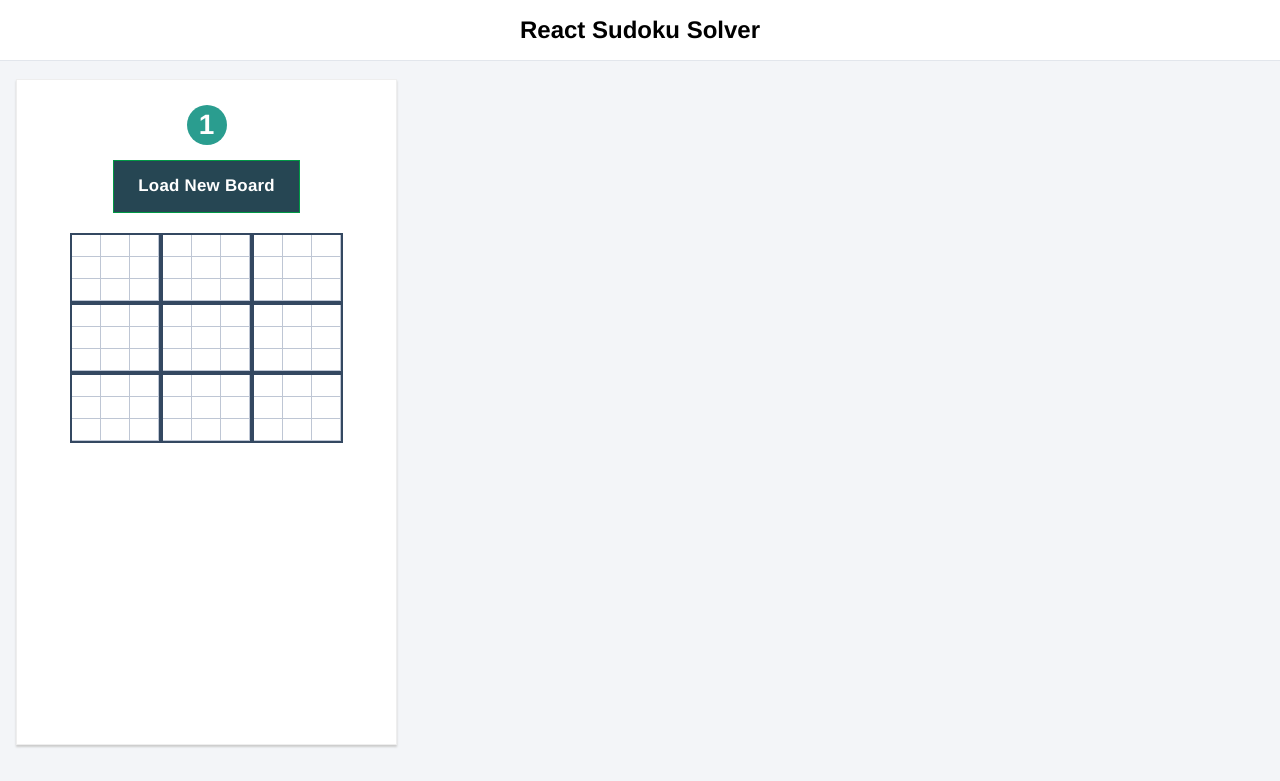
Repository: ShamroOoz/Sudoku-Puzzle
Page: /
The author's editor kept a copy of each file at every save. The page is drawn from the files as they stood at one save, then again after the next save.
The browser window is 1280 px wide. The pictures show the whole page.
The project was rebuilt for these pictures with package versions that can differ from the ones it lists, and the page was loaded fresh each time. Also part of the build but not shown: craco.config.js, src/components/Spinner.js.

Above is the page before, as saved 2021-07-04 15:08:33.

### src/App.js
import React, { useReducer } from "react";
import Header from "./components/Header";
import Circle from "./components/Circle";
import Button from "./components/Button";
import Board from "./components/Board";
import { appReducer, initialState } from "./Reducer";
import "./App.css";

const App = () => {
  const [state, dispatch] = useReducer(appReducer, initialState);

  const { initialBoardState } = state;
  console.log(initialBoardState);
  return (
    <div className="App">
      <Header />
      <div className="App-body App-container">
        <div className="App-game-panel">
          <Circle classes="circle center-me" label="1" />
          <Button
            classes="btn marginTop15"
            // click={() => dispatch({ type: ACTIONS.OPEN })}
            label="Load New Board"
          />

          <Board
            classes="game-board"
            board={initialBoardState}
            name="initial"
          />
        </div>
      </div>
    </div>
  );
};

export default App;

### src/components/Header.js
import React from "react";
import "../App.css";

const Header = () => {
  return (
    <header className="App-header">
      <h1 className="App-title">React Sudoku Solver</h1>
    </header>
  );
};

export default Header;

### src/components/Circle.js
import React from "react";
import "../App.css";

const Circle = ({ classes, label }) => {
  return <div className={classes}>{label}</div>;
};

export default Circle;

### src/components/Button.js
import React, { useState, useEffect, useRef } from "react";
import Spinner from "./Spinner";
import { useSpring, animated } from "react-spring";
import "../App.css";

const Button = (props) => {
  /* showSpinner is used to stay in the "isSpinning state" a bit longer
    to avoid loading flashes if the loading state is too short. */
  const [showSpinner, setShowSpinner] = useState(false);

  useEffect(() => {
    if (props.isSpinning) {
      setShowSpinner(true);
    }

    // Show loader a bits longer to avoid loading flash
    if (!props.isSpinning && showSpinner) {
      const timeout = setTimeout(() => {
        setShowSpinner(false);
      }, 300);

      return () => {
        clearTimeout(timeout);
      };
    }
  }, [props.isSpinning, showSpinner]);

  const [width, setWidth] = useState(0);
  const [height, setHeight] = useState(0);
  const ref = useRef(null);

  useEffect(() => {
    if (ref.current && ref.current.getBoundingClientRect().width) {
      setWidth(ref.current.getBoundingClientRect().width);
    }
    if (ref.current && ref.current.getBoundingClientRect().height) {
      setHeight(ref.current.getBoundingClientRect().height);
    }
  }, [props.classes]);

  const fadeOutProps = useSpring({ opacity: showSpinner ? 1 : 0 });
  const fadeInProps = useSpring({ opacity: showSpinner ? 0 : 1 });

  return (
    // eslint-disable-next-line jsx-a11y/anchor-is-valid
    <a
      ref={ref}
      style={
        showSpinner
          ? {
              width: `${width}px`,
              height: `${height}px`,
            }
          : {}
      }
      onClick={props.click}
      className={props.classes}
    >
      {showSpinner ? (
        <animated.div style={fadeOutProps}>
          <Spinner />
        </animated.div>
      ) : (
        <animated.div style={fadeInProps}>{props.label}</animated.div>
      )}
    </a>
  );
};

export default Button;

### src/components/Board.js
import React from "react";
import Sections from "./Sections/Sections";

const Board = ({ name, board, classes }) => {
  return (
    <div className={classes}>
      {board && (
        <div>
          <Sections nameKey={name + "-sections"} sections={board?.sections} />
        </div>
      )}
    </div>
  );
};

export default Board;

### src/Reducer/index.js
import { initialSudokuString } from "../services/Constants";
import { getBoardState } from "../services/Utils";
import { parseGrid } from "../services/Solver";

export const appReducer = (state, action) => {
  switch (action.type) {
    default: {
      throw new Error(`Unhandled type: ${action.type}`);
    }
  }
};

const initialBoardParsed = parseGrid(initialSudokuString);

export const initialState = {
  currentBoardString: initialSudokuString,
  initialBoardParsed: initialBoardParsed,
  initialBoardState: getBoardState(initialBoardParsed),
  //   initialBoardStatus: STATUS.UNKNOWN,
  //   solveBoardState: getBoardState(emptyBoardParsed),
  //   solveBoardStatus: STATUS.UNKNOWN,
  solveBoardAbort: false,
  isSolving: false,
  solutionSteps: [],
  newBoardString: "",
  //   timerSolveBoard: STATUS.UNKNOWN,
  timeElapsed: 0,
  openModal: false,
  modalError: "",
};

### src/App.css
.App {
  text-align: center;
  font-family: SourceSansPro, "Helvetica Neue", Helvetica, Arial,
    "Lucida Grande", sans-serif;
}

.App-status-message {
  line-height: 1.5;
  display: inline-block;
  margin-left: 10px;
}

.App-message-row {
  text-align: left;
  padding-left: 55px;
  height: 50px;
}

.App-status-abort-message {
  display: inline-block;
  font-size: 13px;
  width: 75%;
  padding-left: 15px;
  font-weight: 500;
  text-align: left;
}

.App-icon {
  font-size: 1.5em;
  display: inline-block;
}

.App-icon .invalid {
  width: 30px;
}

.App-body {
  background-color: #f3f5f8;
  font-size: large;
  padding-left: 16px;
  display: flex;
  height: 100vh;
}

.App-container {
  display: flex;
  flex-direction: row;
}

@media (max-width: 800px) {
  .App-container {
    flex-direction: column;
  }
}

.App-game-panel {
  display: inline-block;
  padding-top: 25px;
  padding-bottom: 25px;
  width: 30%;
  margin-top: 1em;
  margin-bottom: 2em;
  margin-right: 1em;
  background-color: #ffffff;
  border: 1px solid #eee;
  box-shadow: 0 2px 2px #ccc;
}

@media (max-width: 800px) {
  .App-game-panel {
    width: 98%;
  }
}

.App-game-panel .buttons-row {
  margin-top: 20px;
}

@keyframes App-logo-spin {
  from {
    transform: rotate(0deg);
  }
  to {
    transform: rotate(360deg);
  }
}

.marginLeft10 {
  margin-left: 10px;
}

.marginBottom10 {
  margin-bottom: 10px;
}

.marginTop10 {
  margin-top: 10px;
}

.marginTop15 {
  margin-top: 15px;
}

.center-me {
  margin: 0 auto;
}

.App-header {
  width: 100%;
  max-width: 1504px;
  margin-left: auto;
  margin-right: auto;
  padding-left: 16px;
  padding-right: 16px;
  box-sizing: border-box;
  border-bottom: 1px solid rgba(198, 206, 217, 0.5);
  display: flex;
  align-items: center;
}

.App-title {
  flex: 1;
  font-size: 1.5em;
  align-items: center;
  padding-left: 50px;
  padding-right: 50px;
}

@media (max-width: 800px) {
  .App-title {
    font-size: 1.1em;
  }
}

.App-logo {
  height: 40px;
  padding-left: 10px;
}

.App-author {
  padding-right: 16px;
}

.App-author-image {
  height: 45px;
}

/* circle */

.circle {
  width: 40px;
  height: 40px;
  text-align: center;
  font-size: 28px;
  line-height: 1.428571429;
  border-radius: 35px;
  color: #ffffff;
  background-color: #428bca;
  border-color: #48a50a;
  font-weight: 800;
  background: #2a9d8f;
}

.circle.lg {
  width: 50px;
  height: 50px;
  padding: 10px 16px;
  font-size: 18px;
  line-height: 1.33;
  border-radius: 25px;
}

/* button */

.btn {
  display: inline-block;
  position: relative;
  margin-bottom: 20px;
  padding: 15px 24px 17px;
  box-sizing: border-box;
  background: #264653;
  font-family: SourceSansPro, "Helvetica Neue", Helvetica, Arial,
    "Lucida Grande", sans-serif;
  color: #fff;
  font-size: 19px;
  font-size: 1.0556rem;
  line-height: 19px;
  font-weight: 700;
  text-align: center;
  text-decoration: none;
  letter-spacing: 0.25px;
  cursor: pointer;
  border: 1px solid #009845;
  border-radius: 0;
  transition: background 0.2s ease-in-out, color 0.2s ease-in-out,
    border 0.2s ease-in-out;
}

.btn-small {
  font-size: 12px;
  font-size: 1.0556rem;
  font-weight: 400;
  padding: 10px 10px 10px;
}

.btn.btn-close {
  background: #34507e;
}

/* spinner */

@keyframes load {
  0% {
    transform: rotate(0deg);
  }
  100% {
    transform: rotate(360deg);
  }
}

.spinner {
  border: 4px solid rgba(255, 255, 255, 0.2);
  border-left: 4px solid;
  animation: load 1s infinite linear;
  border-radius: 50%;
  width: 25px;
  height: 25px;
  margin-top: -5px;
  margin-left: 5px;
}

/* seaction */

.game-section {
  border: 2px solid #344861;
  height: 10%;
  width: 23%;
  display: inline-block;
}

/* cell row */

.section-row {
  padding: 0;
  margin: 0;
  width: 100%;
}

### src/components/Sections/Sections.js
import React from "react";
import SectionRow from "./SectionRow/SectionRow";

const Sections = ({ nameKey, sections }) => {
  return sections.map((sectionRow, sectionIndex) => (
    <div
      className="game-sections-row"
      key={nameKey + "-sections-" + sectionIndex}
    >
      <SectionRow
        nameKey={nameKey + "-sectionRow-" + sectionIndex}
        sectionRow={sectionRow}
      />
    </div>
  ));
};

export default Sections;

### src/services/Constants.js
export const digits = "123456789";
export const letters = "ABCDEFGHI";
export const rows = letters.split("");
export const cols = digits.split("");

export const rRows = [
  ["A", "B", "C"],
  ["D", "E", "F"],
  ["G", "H", "I"],
];

export const cCols = [
  ["1", "2", "3"],
  ["4", "5", "6"],
  ["7", "8", "9"],
];

export const STRATEGIES = {
  HIDDEN_SINGLE: "Hidden Single in cell",
  NAKED_SINGLE: "Naked Single in cell",
  POINTING_PAIRS: "Pointing Pair in cells",
  BACKTRACKING: "Backtracking search",
};

// Default sudoku string (valid)
export const initialSudokuString =
  "4.....8.5.3..........7......2.....6.....8.4......1.......6.3.7.5..2.....1.4......";

### src/services/Utils.js
import { addSolutionStepsLog } from "./Logs";
import { digits, rows, cols, rRows, cCols, STRATEGIES } from "./Constants";

// Cross product of elements in A and elements in B.
export const cross = (listA, listB) => {
  const crossProduct = [];
  for (const a of listA) {
    for (const b of listB) {
      crossProduct.push(a + b);
    }
  }
  return crossProduct;
};

export const member = (item, list) => {
  for (const elem of list) {
    if (item === elem) {
      return true;
    }
  }
  return false;
};

export const Squares = () => {
  return cross(rows, cols);
};

export const squares = Squares();

export const SectionList = () => {
  const sectionList = [];
  for (const rs of rRows) {
    for (const cs of cCols) {
      sectionList.push(cross(rs, cs));
    }
  }
  return sectionList;
};

export const sectionList = SectionList();

export const UnitList = () => {
  return [
    ...cols.map((col) => cross(rows, [col])),
    ...rows.map((row) => cross([row], cols)),
    ...sectionList,
  ];
};

export const unitList = UnitList();

export const Units = () => {
  return squares.reduce((units, key) => {
    units[key] = unitList.filter((ul) => member(key, ul));
    return units;
  }, []);
};

export const units = Units();

export const Peers = () => {
  let peers = {};
  for (const square of squares) {
    peers[square] = {};
    for (const unit of units[square]) {
      for (const square2 of unit) {
        if (square2 !== square) {
          peers[square][square2] = true;
        }
      }
    }
  }
  return peers;
};

export const peers = Peers();

const getSectionUnits = (sectionNumber, values) => {
  let cellRows = [];
  let sectionRow = [];
  for (let i = 1; i <= sectionList[sectionNumber - 1]?.length; i++) {
    const unit = sectionList[sectionNumber - 1][i - 1];
    sectionRow.push({
      key: unit,
      value: values[unit]?.length === 1 ? values[unit] : ".",
    });
    if (i % 3 === 0) {
      cellRows = [...cellRows, sectionRow];
      sectionRow = [];
    }
  }
  return cellRows;
};

// Transform a valid sudoku model into an UI Board state
export const generateValuesState = (values) => {
  let valuesState = [];
  let sectionRows = [];
  for (const sectionNumber of digits.split("")) {
    sectionRows.push({
      key: String(sectionNumber),
      cellRows: getSectionUnits(sectionNumber, values),
    });
    if (sectionNumber % 3 === 0) {
      valuesState = [...valuesState, [...sectionRows]];
      sectionRows = [];
    }
  }
  return valuesState;
};

// Generate a board state based on a valid sudoku string.
export const getBoardState = (values) => {
  return { sections: generateValuesState(values) };
};

export const dict = (keys, values) => {
  if (typeof values === "string" || values === null) {
    return keys.reduce((result, key) => ({ ...result, [key]: values }), {});
  } else if (typeof values === "object") {
    return keys.reduce(
      (result, key, i) => ({ ...result, [key]: values[i] }),
      {}
    );
  }
};

// check if all list values are valid with cb
export const all = (list, cb) => {
  for (const value of list) {
    if (!cb(value)) {
      return false;
    }
  }
  return true;
};

// check if an unit is resolved.

export const log = (strategy, squares, digit) => {
  if (strategy === STRATEGIES.BACKTRACKING) {
    addSolutionStepsLog(
      strategy,
      [],
      0,
      "Backtrack Search",
      "From this point was applied Peter Norvig's backtracking search algorithm that to solve every sudoku puzzle."
    );
  } else {
    const squareMsg =
      squares.length > 1 ? squares[0] + ", " + squares[1] : squares[0];
    const msg =
      squares.length === 1
        ? "was solved with the value: " + digit
        : "These cells are the only cells in section with the candidate value " +
          digit +
          ". The candidate must be in one of these cells and can be removed from other cells in column or row.";
    addSolutionStepsLog(
      strategy,
      [...squares],
      digit,
      strategy + " ( " + squareMsg + " )",
      strategy + " ( " + squareMsg + " ) " + msg
    );
  }
};

### src/services/Solver.js
import { digits, STRATEGIES } from "./Constants";
import { setSolverStrategy } from "./Logs";
import { dict, squares, peers, all, log } from "./Utils";

export const assign = (values, square, digit) => {
  // Eliminate all the other values (except digit) from values[square] and propagate.
  // Return values, except return false if a contradiction is detected.
  const otherValues = values[square].replace(digit, "").split("");

  const isAssigned = all(otherValues, (otherValue) =>
    eliminate(values, square, otherValue)
  );
  if (isAssigned) {
    return values;
  } else {
    return false;
  }
};

export const eliminate = (values, square, digit) => {
  //Eliminate digit from values[square]; propagate when values or places <= 2.
  //return values, except return false if a contradiction is detected.

  const isDigitPresent = values[square].indexOf(digit) !== -1;

  if (!isDigitPresent) {
    // already eliminated.
    return values;
  }

  values[square] = values[square].replace(digit, "");

  // (1) If a square is reduced to oneValue, then eliminate oneValue
  // from the peers.
  const possibleValues = values[square];
  const isSquareContradicted = possibleValues.length === 0;
  const isSquareSolved = possibleValues.length === 1;
  if (isSquareContradicted) {
    // Contradiction: removed last value
    return false;
  } else if (isSquareSolved) {
    // Propagate change
    const oneValue = possibleValues;
    const peersSquares = Object.keys(peers[square]);
    const isSafePropagated = all(peersSquares, (peerSquare) =>
      eliminate(values, peerSquare, oneValue)
    );
    if (isSafePropagated) {
      log(STRATEGIES.NAKED_SINGLE, [square], oneValue);
    } else {
      return false;
    }
  }
};

export const parseGrid = (grid) => {
  setSolverStrategy(STRATEGIES.BACKTRACKING);
  // Convert grid to a dict of possible values, {square: digits}, or
  // return False if a contradiction is detected.
  const values = dict(squares, digits);
  const input = gridValues(grid);

  for (const square in input) {
    const value = input[square];
    // square value could be '.' or 1..9
    const isAssignableValue =
      digits.indexOf(value) === -1 || assign(values, square, value);
    if (!isAssignableValue) {
      return false; // (Fail if we can't assign value to square.)
    }
  }
  return values;
};

const gridValues = (grid) => {
  //Convert grid into a dict of {square: char} with '0' or '.' for empties.
  // eslint-disable-next-line no-useless-escape
  const parseGrid = grid.replace(/[^0-9\.]/g, "");
  return dict(squares, parseGrid.split(""));
};

### src/components/Sections/SectionRow/SectionRow.js
import React from "react";
import "../../../App.css";
import Section from "./Section/Section";

const sectionRow = ({ sectionRow, nameKey }) => {
  console.log(sectionRow, nameKey);
  return sectionRow.map((section) => (
    <div className="game-section" key={nameKey + "-" + section.key}>
      <Section
        nameKey={nameKey + "-section-" + section.key}
        cellRows={section.cellRows}
      />
    </div>
  ));
};

export default sectionRow;

### src/services/Logs.js
import { STRATEGIES } from "./Constants";

let solverStrategy = "";

export const setSolverStrategy = (strategy) => {
  // eslint-disable-next-line no-unused-vars
  solverStrategy = strategy;
};

const logs = {
  solutionSteps: [],
  timeElapsedLog: [],
  gamesBoardLog: [],
};

export const addSolutionStepsLog = (strategy, keys, value, method, msg) => {
  if (solverStrategy !== STRATEGIES.BACKTRACKING) {
    logs.solutionSteps.push({
      strategy: strategy,
      date: new Date().toLocaleString(),
      keys: [...keys],
      value: value,
      method: method,
      msg: msg,
    });
  }
};

### src/components/Sections/SectionRow/Section/Section.js
import React from "react";
import CellRow from "./CellRow/CellRow";

const Section = ({ cellRows, nameKey }) => {
  console.log(cellRows, nameKey);
  return cellRows.map((cellRow, index) => (
    <div className="section-row" key={nameKey + "-cellRow-" + index}>
      <CellRow
        class="cell-row"
        nameKey={nameKey + "-cellRow-" + index}
        cells={cellRow}
      />
    </div>
  ));
};

export default Section;

### src/components/Sections/SectionRow/Section/CellRow/CellRow.js
import React from "react";
import "../../../../../App.css";
import Cell from "./Cell/Cell";

const CellRow = ({ cells }) => {
  console.log(cells);
  return cells.map((cell) => (
    <Cell class="game-cell" key={cell.key} cell={cell} />
  ));
};

export default CellRow;

### src/components/Sections/SectionRow/Section/CellRow/Cell/Cell.js
import React from "react";
import "./style.css";

const Cell = (props) => {
  const cellValue = props.cell.value === "." ? "\u00A0" : props.cell.value;
  return (
    <div className={props.class} key={props.cell.key}>
      <div className="cell-value">{cellValue}</div>
    </div>
  );
};

export default Cell;

### src/components/Sections/SectionRow/Section/CellRow/Cell/style.css
.game-cell {
  flex-basis: 5%;
  box-sizing: border-box;
  position: relative;
  border-right: 1px solid #bec6d4;
  border-bottom: 1px solid #bec6d4;
  cursor: pointer;
  transform: translateZ(0);
  padding: 0;
  margin: 0;
  border-collapse: collapse;
  border-spacing: 0;
  display: inline-block;
  width: 33.3%;
  height: 33.3%;
}

.game-cell .cell-value {
  font-weight: 400;
  color: #000;
  cursor: default;
}

.cell-value {
  width: 100%;
  height: 100%;
  font-weight: 100;
  color: #666;
  text-align: center;
}

Loaded but not shown: public/index.html (common file); src/index.js (common file); src/index.css (common file)

After the next save:
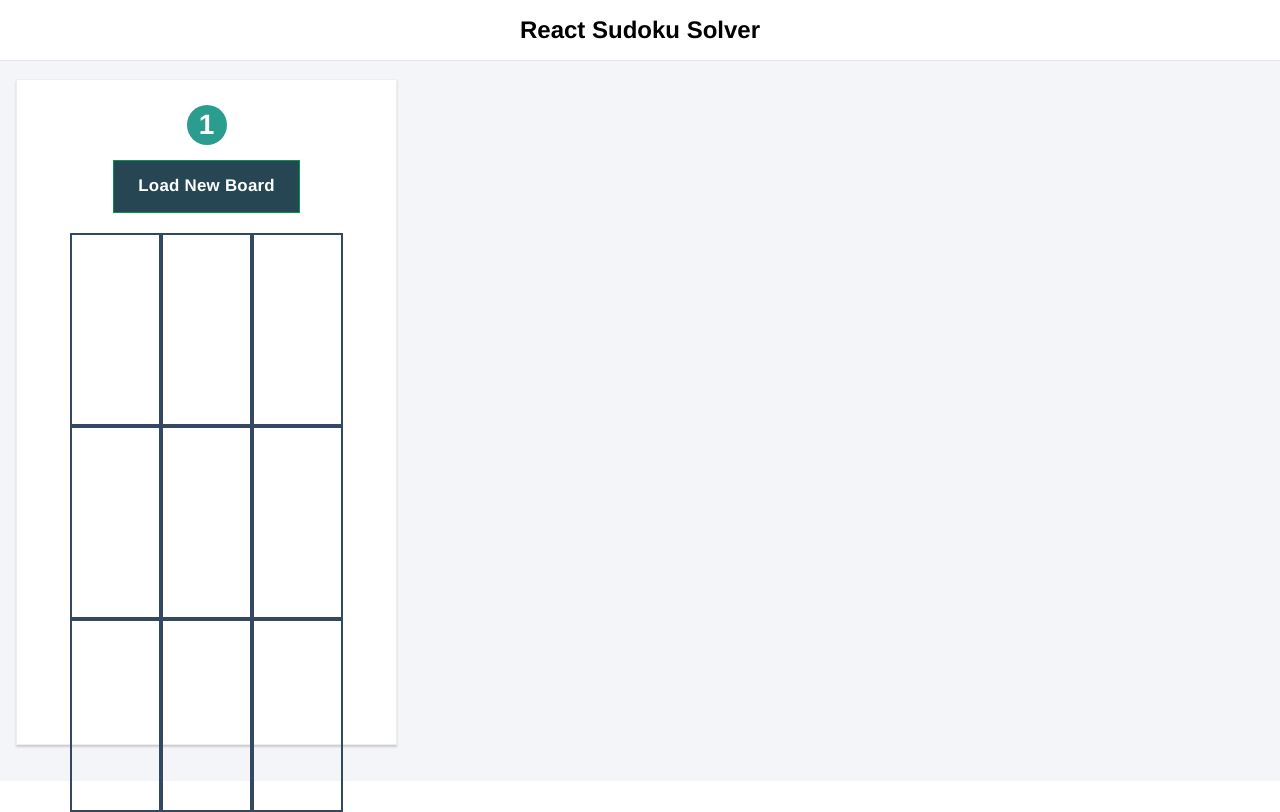
Saved 2 min 53 s later.
--- a/src/components/Sections/SectionRow/Section/CellRow/Cell/Cell.js
+++ b/src/components/Sections/SectionRow/Section/CellRow/Cell/Cell.js
@@ -1,10 +1,10 @@
 import React from "react";
 import "./style.css";
 
-const Cell = (props) => {
-  const cellValue = props.cell.value === "." ? "\u00A0" : props.cell.value;
+const Cell = ({ cell, classes }) => {
+  const cellValue = cell?.value === "." ? "\u00A0" : cell.value;
   return (
-    <div className={props.class} key={props.cell.key}>
+    <div className={classes} key={cell.key}>
       <div className="cell-value">{cellValue}</div>
     </div>
   );

After the save that followed:
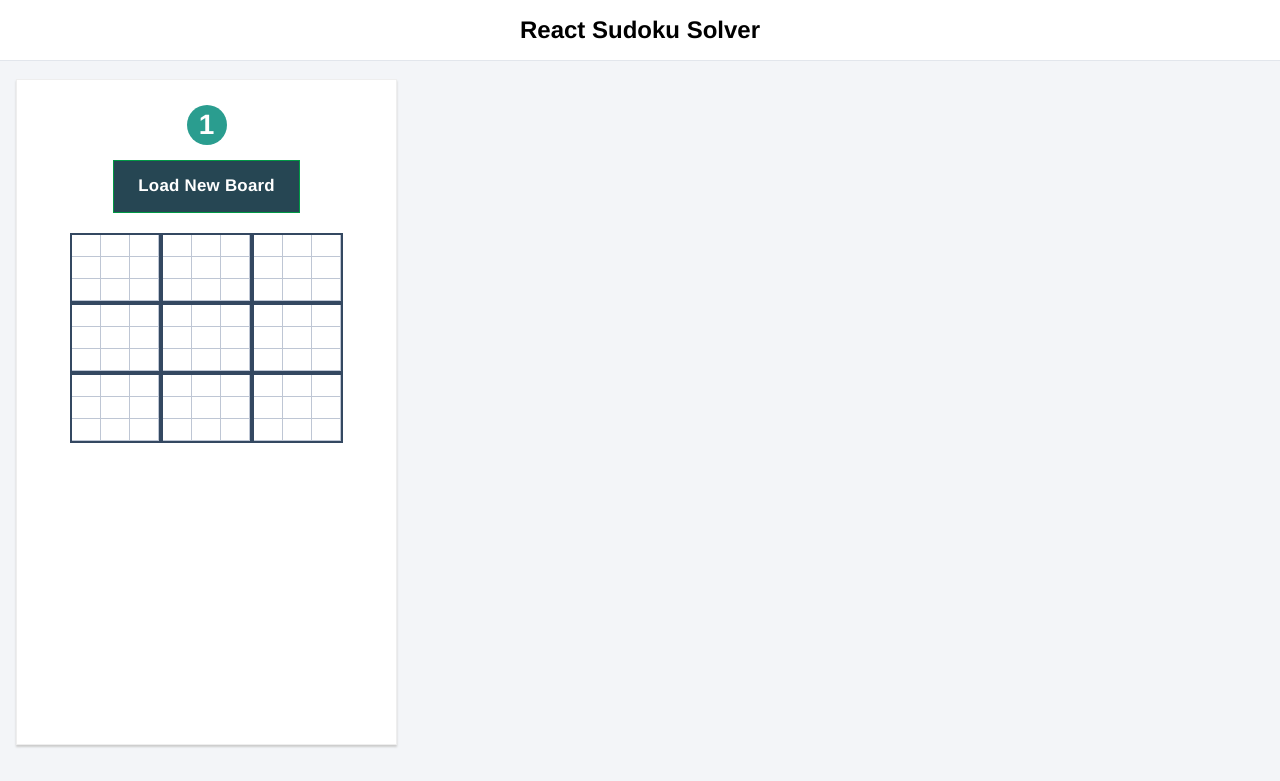
Saved 19 s later.
--- a/src/components/Sections/SectionRow/Section/CellRow/CellRow.js
+++ b/src/components/Sections/SectionRow/Section/CellRow/CellRow.js
@@ -5,7 +5,7 @@ import Cell from "./Cell/Cell";
 const CellRow = ({ cells }) => {
   console.log(cells);
   return cells.map((cell) => (
-    <Cell class="game-cell" key={cell.key} cell={cell} />
+    <Cell classes="game-cell" key={cell.key} cell={cell} />
   ));
 };
 
